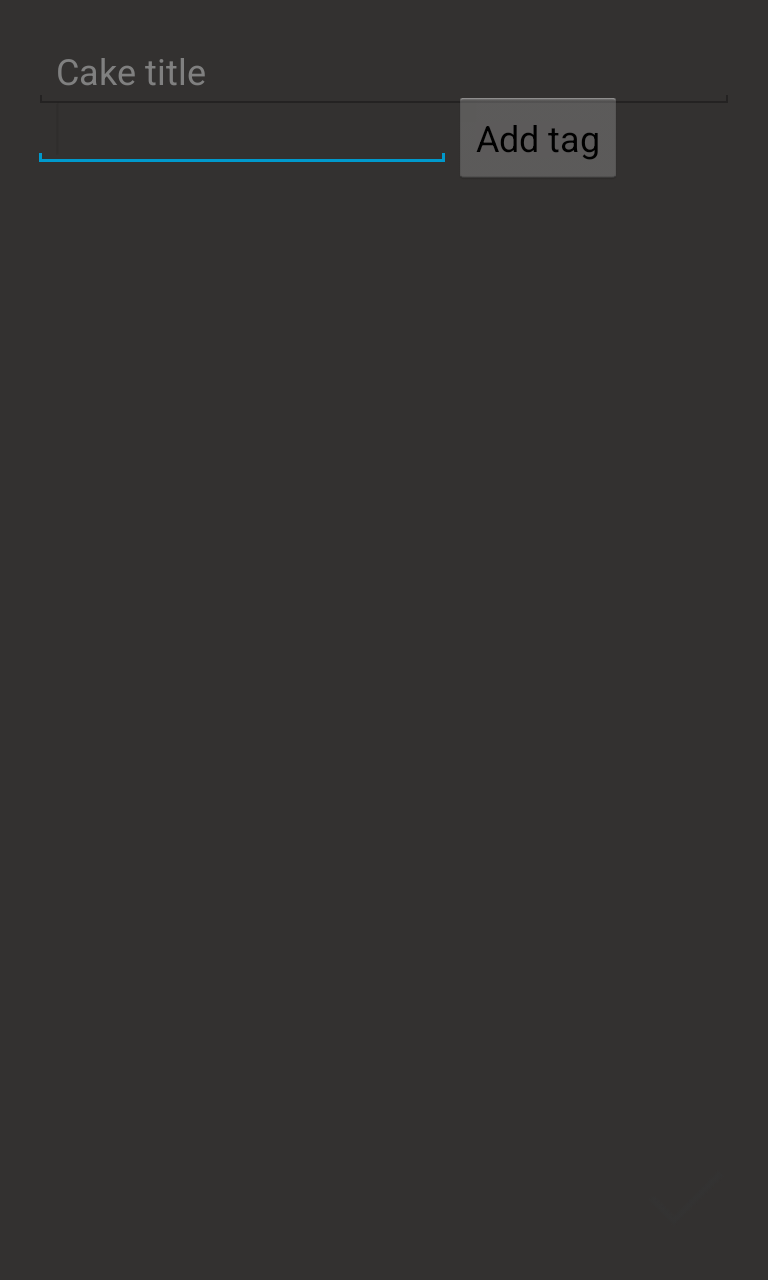
Repository: johnshaughnessy/onesec
Layout: OneSec-App/res/layout/activity_new_cake.xml
These files come from the project's save history. The layout is drawn as it stood at one moment and after the next save; the edit follows.
It is drawn on a 768 x 1280 px phone screen (xhdpi) without system bars, with theme RetroTheme; the app's code is not run.

Above is the layout before, as saved 2013-07-13 22:48:13.

After the next save:
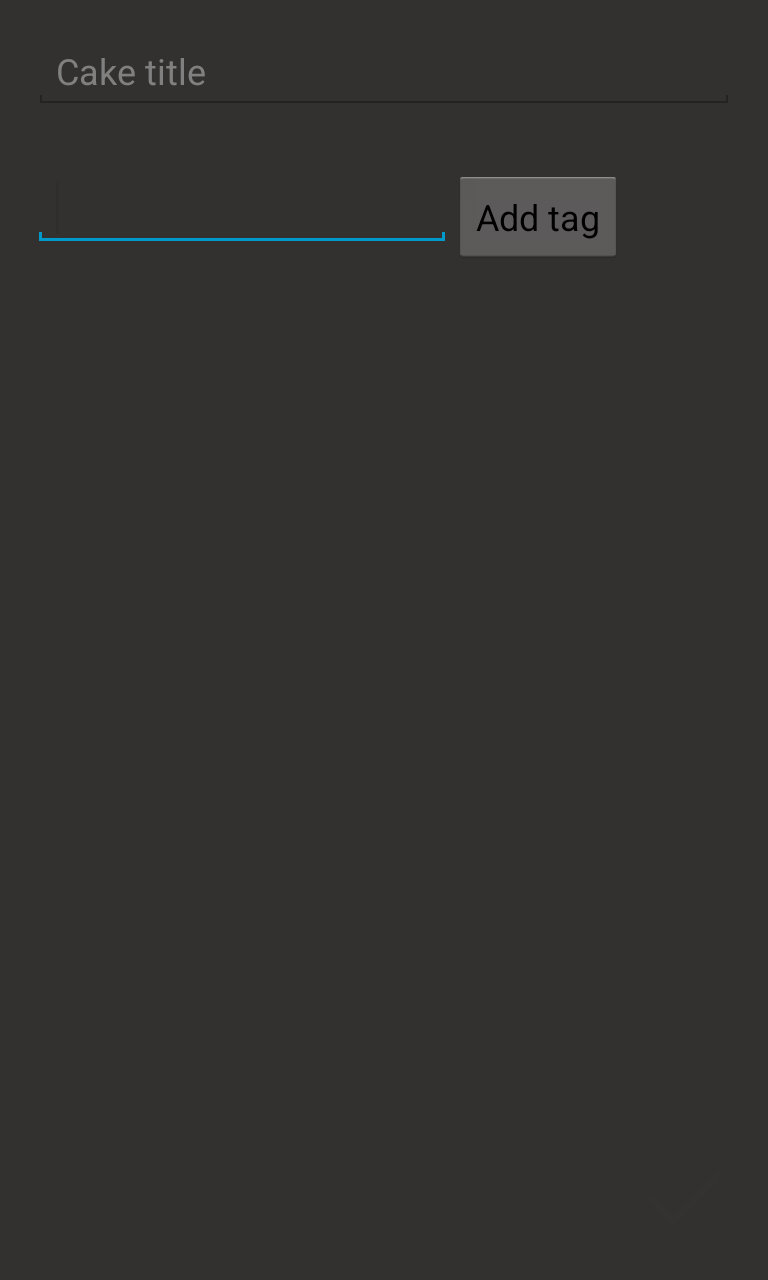
Saved 28 s later.
--- a/OneSec-App/res/layout/activity_new_cake.xml
+++ b/OneSec-App/res/layout/activity_new_cake.xml
@@ -21,6 +21,7 @@
         android:id="@+id/thumbnail"
         android:layout_width="wrap_content"
         android:layout_height="wrap_content"
+        android:layout_below="@id/title"
         android:layout_marginBottom="10dp"
         android:layout_centerHorizontal="true" />
 
